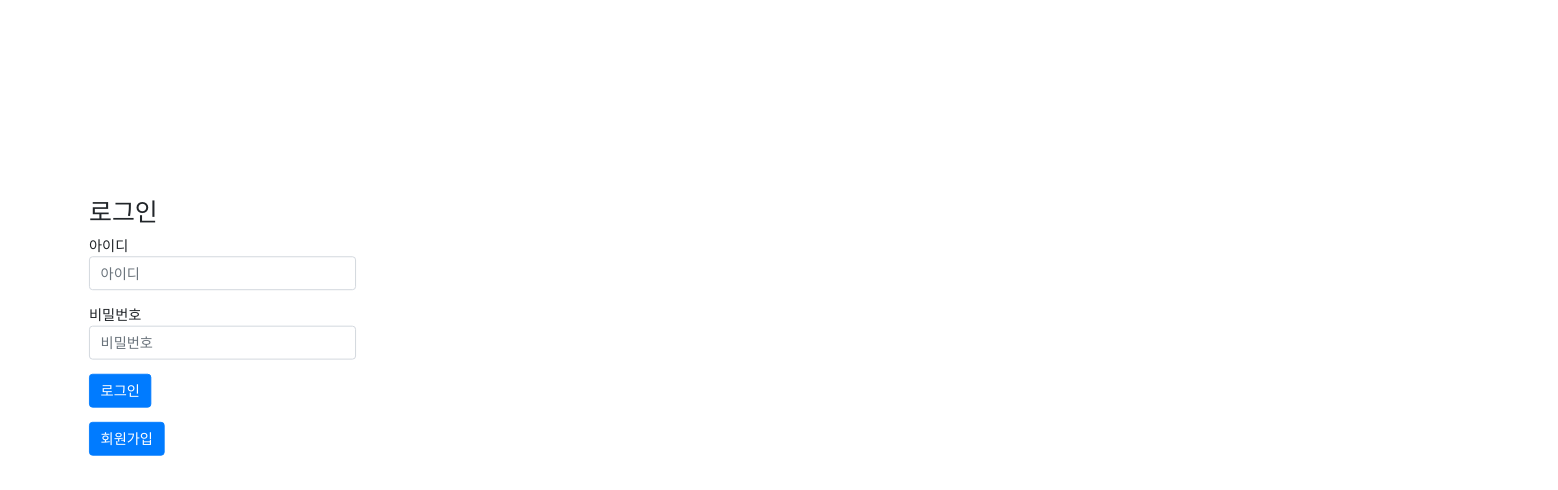
Repository: Seongjoo-Shin/webServer
Page: http://localhost/project/project/login.jsp
An editor plug-in stored every save of this project. The page is shown before and after the next save, followed by the edit.
The browser window is 1280 px wide. The page is 1280 px wide, then 1750 px, so the pictures cover 1750 px, including what lies to the right of the window. The pictures show the whole page, at 89% of full size.
The page is served by Tomcat 9. Other server files are loaded and not shown.

Above is the page before, as saved 2021-06-14 05:21:32.

### 20165514_신성주_웹서버구축_프로젝트_소스코드/project/WebContent/project/login.jsp
<%@ page language="java" contentType="text/html; charset=utf-8"
    pageEncoding="utf-8"%>
<!DOCTYPE html>
<html>
<head>
<meta charset="utf-8">
<title>로그인</title>
<link rel="stylesheet" href="https://stackpath.bootstrapcdn.com/bootstrap/4.3.1/css/bootstrap.min.css" integrity="sha384-ggOyR0iXCbMQv3Xipma34MD+dH/1fQ784/j6cY/iJTQUOhcWr7x9JvoRxT2MZw1T" crossorigin="anonymous">
</head>
<body>
	<div class="container">
		<div class="col-lg" style="margin:20% 50% auto auto; border=solid 1;">
		<h3>로그인</h3>
		<form method="post" action="login_process.jsp">
			<p>아이디<input type="text" name="user_id" class="form-control" placeholder="아이디" style="width:300px;"></p>
			<p>비밀번호<input type="password" name="user_pwd" class="form-control" placeholder="비밀번호" style="width:300px;"></p>
			<p><input type="submit" class="btn btn-primary" value="로그인"></p>
			<p><a href="register.jsp" class="btn btn-primary">회원가입</a>
		</form>
		</div>
	</div>
</body>
</html>

After the next save:
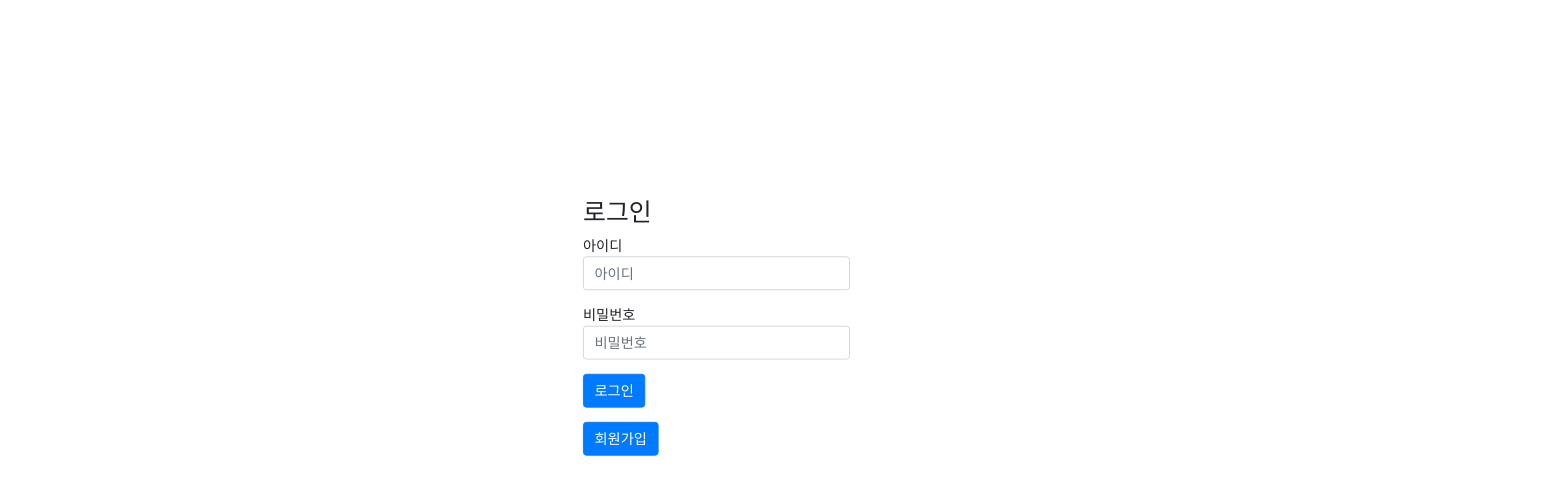
Saved 14 s later.
--- a/20165514_신성주_웹서버구축_프로젝트_소스코드/project/WebContent/project/login.jsp
+++ b/20165514_신성주_웹서버구축_프로젝트_소스코드/project/WebContent/project/login.jsp
@@ -9,7 +9,7 @@
 </head>
 <body>
 	<div class="container">
-		<div class="col-lg" style="margin:20% 50% auto auto; border=solid 1;">
+		<div class="col-lg" style="margin:20% auto auto 50%; border=solid 1;">
 		<h3>로그인</h3>
 		<form method="post" action="login_process.jsp">
 			<p>아이디<input type="text" name="user_id" class="form-control" placeholder="아이디" style="width:300px;"></p>
